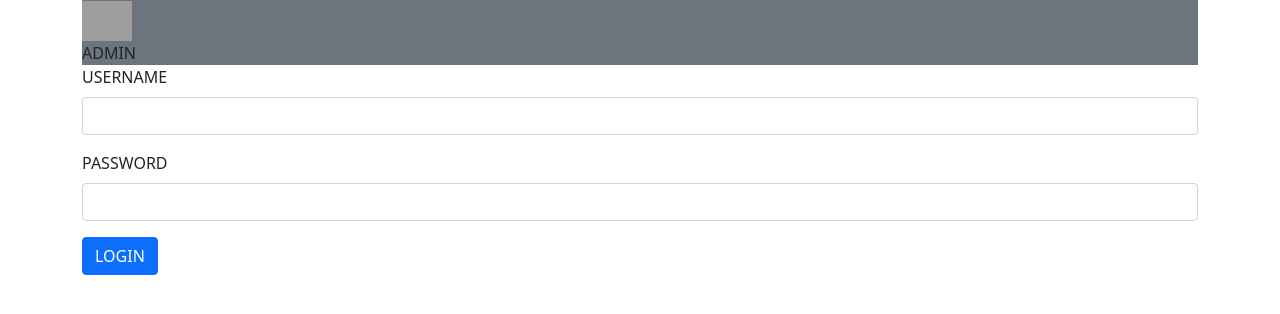
Repository: dilaraozdem1r/BooksApp
Page: /admin/page
These files come from the project's save history. The page is drawn as it stood at one moment and after the next save; the edit follows.
The browser window is 1280 px wide. The pictures show the whole page.
Pictures or frames that could not be fetched are drawn as grey boxes. The page's requests for data from a server got no answer. The project was rebuilt for these pictures with package versions that can differ from the ones it lists, and the page was loaded fresh each time. No one was signed in, and anything a server would have sent is missing. Also part of the build but not shown: src/Components/BookList.js, src/Components/SearchBar.js.

Above is the page before, as saved 2021-08-20 14:32:06.

### public/index.html
<!DOCTYPE html>
<html lang="en">
  <head>
    <meta charset="utf-8" />
    <link rel="icon" href="%PUBLIC_URL%/favicon.ico" />
    <meta name="viewport" content="width=device-width, initial-scale=1" />
    <meta name="theme-color" content="#000000" />
    <meta
      name="description"
      content="Web site created using create-react-app"
    />
    <link rel="apple-touch-icon" href="%PUBLIC_URL%/logo192.png" />
    <!--
      manifest.json provides metadata used when your web app is installed on a
      user's mobile device or desktop. See https://developers.google.com/web/fundamentals/web-app-manifest/
    -->
    <link rel="manifest" href="%PUBLIC_URL%/manifest.json" />
    <!--
      Notice the use of %PUBLIC_URL% in the tags above.
      It will be replaced with the URL of the `public` folder during the build.
      Only files inside the `public` folder can be referenced from the HTML.

      Unlike "/favicon.ico" or "favicon.ico", "%PUBLIC_URL%/favicon.ico" will
      work correctly both with client-side routing and a non-root public URL.
      Learn how to configure a non-root public URL by running `npm run build`.
    -->
    <link href="https://cdn.jsdelivr.net/npm/bootstrap@5.0.2/dist/css/bootstrap.min.css" rel="stylesheet" integrity="sha384-EVSTQN3/azprG1Anm3QDgpJLIm9Nao0Yz1ztcQTwFspd3yD65VohhpuuCOmLASjC" crossorigin="anonymous">
    <title>Books App</title>
  </head>
  <body>
    <noscript>You need to enable JavaScript to run this app.</noscript>
    <div id="root"></div>
    <!--
      This HTML file is a template.
      If you open it directly in the browser, you will see an empty page.

      You can add webfonts, meta tags, or analytics to this file.
      The build step will place the bundled scripts into the <body> tag.

      To begin the development, run `npm start` or `yarn start`.
      To create a production bundle, use `npm run build` or `yarn build`.
    -->
    <script src="https://cdn.jsdelivr.net/npm/bootstrap@5.0.2/dist/js/bootstrap.bundle.min.js" integrity="sha384-MrcW6ZMFYlzcLA8Nl+NtUVF0sA7MsXsP1UyJoMp4YLEuNSfAP+JcXn/tWtIaxVXM" crossorigin="anonymous"></script>
  </body>
</html>

### src/index.js
import React from 'react'
import ReactDOM from 'react-dom'
import App from './Components/App'

ReactDOM.render(
    <App />,
    document.getElementById('root')

);

### src/Components/App.js
import React from 'react'
import { BrowserRouter as Router, Switch, Route, Link } from "react-router-dom";
import Books from './BookList';
import axios from 'axios'
import SearchBar from './SearchBar'
import Admin from './Admin'

class App extends React.Component {
  state = {
    books: [],
    searchQuery:""
  }

  async componentDidMount() {
    this.getBooks();

  }
  async getBooks() {
    const response = await axios.get(" http://localhost:3004/books");

    this.setState({ books: response.data })

  }
  searchMovie=(event)=>{
    this.setState({
      searchQuery:event.target.value
    })

  }

  render() {

    let filteredBooks=this.state.books.filter(
      (book)=>{
        return book.name.toLowerCase().indexOf(this.state.searchQuery.toLowerCase()) !== -1 }
    ).sort((a,b)=>{
      return a.id < b.id ? 1 : a.id > b.id ? -1 : 0 ;
    });



    return (
      <Router>
      <Switch>
      <Route path="/" exact render={() => (
            <React.Fragment>
      <div>
        <nav className="navbar navbar-light bg-light">
            <div className="container-fluid">
            <a class="navbar-brand">
          <img src="https://encrypted-tbn0.gstatic.com/images?q=tbn:ANd9GcRZ-o86obF-UTdLqsqqiUM6O82URx7R52fXlw&usqp=CAU" alt="" width="50" height="40" class="d-inline-block align-text-top"/>
          </a>

            <SearchBar search={this.searchMovie} />
            <div className="col ol-md-5">
                        <Link
                            to="/admin"
                            type="button"
                            className="btn btn-danger"
                            style={{ float: 'right' }}
                        >Admin Login</Link>
                    </div>

            </div>
          </nav>
      </div>
    <div>
              <Books books={filteredBooks} />
          </div>

    </React.Fragment> )}>
    </Route>

    <Route path="/admin" render={({ history }) => (
            <Admin  />
          )}>
          </Route>
    <div>
      <button class="navbar-toggler" type="button" data-bs-toggle="collapse" data-bs-target="#navbarSupportedContent" aria-controls="navbarSupportedContent" aria-expanded="false" aria-label="Toggle navigation">Admin Login</button>
    </div>












      </Switch>
      </Router>
        );
}
}
        export default App;

### src/Components/Admin.js
import React from 'react';
import { BrowserRouter as Router, Switch, Route, Link } from "react-router-dom";
class Admin extends React.Component {

    render() {
        return (

            <Router>
                <Switch>
                <div className="container h-100">
                <div class="bg-secondary">
                <img src="https://encrypted-tbn0.gstatic.com/images?q=tbn:ANd9GcRZ-o86obF-UTdLqsqqiUM6O82URx7R52fXlw&usqp=CAU" alt="" width="50" height="40" class="d-inline-block align-text-top"/>
                <div>ADMIN</div>
                </div>
                <form>
  <div class="mb-3">
    <label for="inputlg" class="form-label">USERNAME</label>
    <input type="text" class="form-control" id="exampleInputEmail1" aria-describedby="emailHelp"/>

  </div>
  <div class="mb-3">
    <label for="inputlg" class="form-label">PASSWORD</label>
    <input type="password" class="form-control" id="exampleInputPassword1"/>
  </div>

  <button type="submit" class="btn btn-primary">LOGIN</button>
</form>
</div>

                </Switch>
        </Router>


                        )
    }

}
export default Admin;

After the next save:
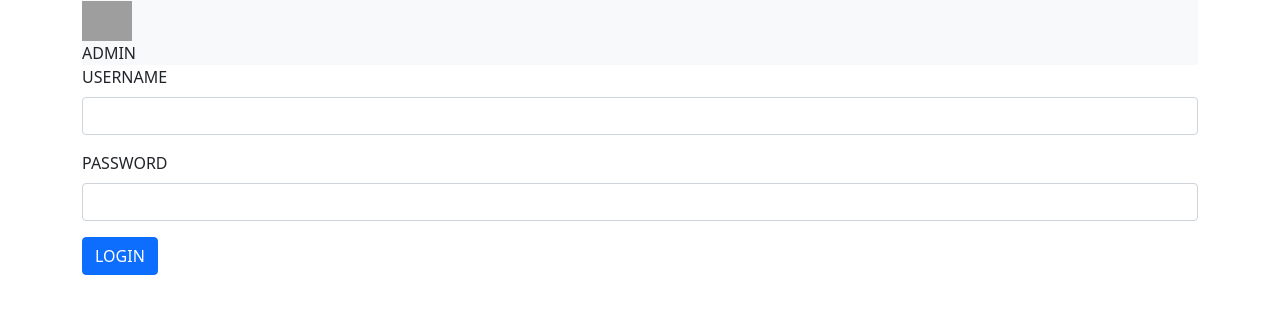
Saved 25 s later.
--- a/src/Components/Admin.js
+++ b/src/Components/Admin.js
@@ -8,7 +8,7 @@ class Admin extends React.Component {
             <Router>
                 <Switch>
                 <div className="container h-100">
-                <div class="bg-secondary">
+                <div class="bg-light">
                 <img src="https://encrypted-tbn0.gstatic.com/images?q=tbn:ANd9GcRZ-o86obF-UTdLqsqqiUM6O82URx7R52fXlw&usqp=CAU" alt="" width="50" height="40" class="d-inline-block align-text-top"/>
                 <div>ADMIN</div>
                 </div>
